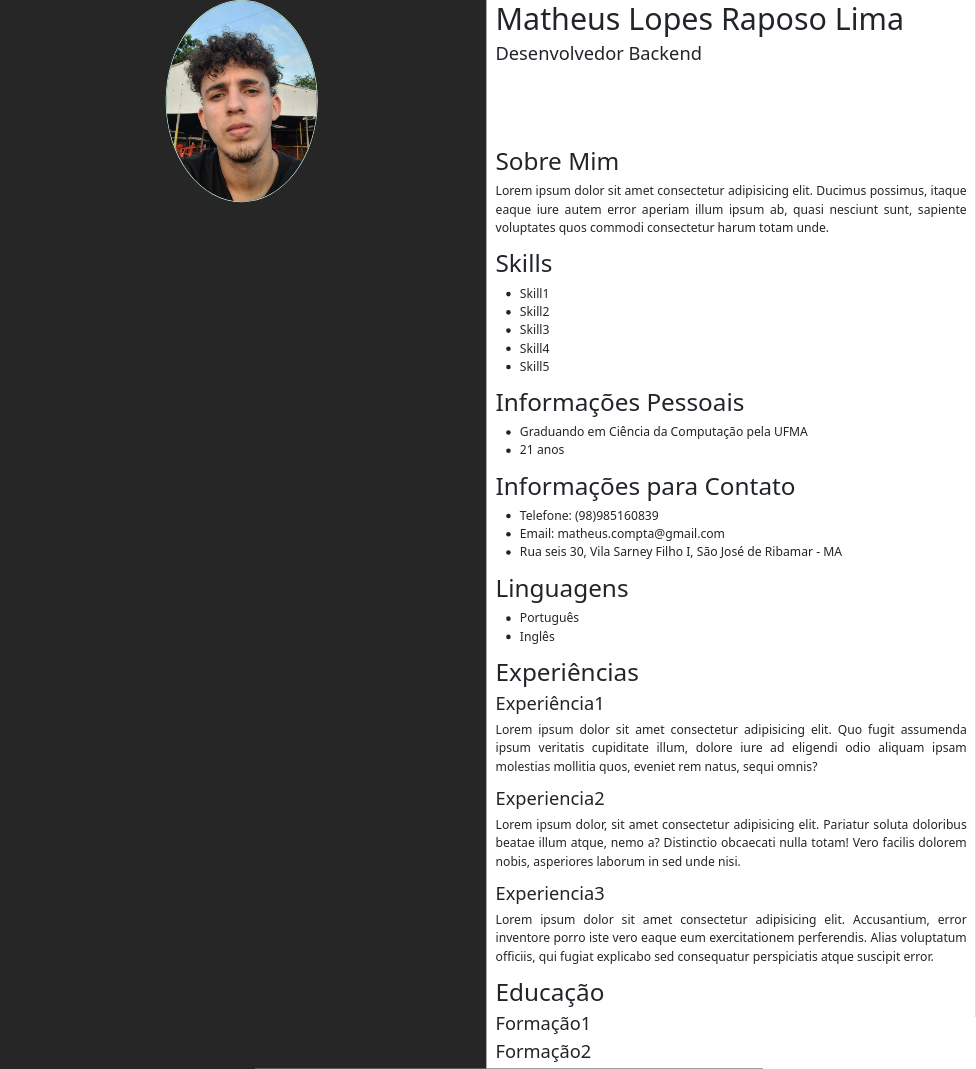
Repository: MaatheusRaposo/Curriculo_Web
Page: index.html
The author's editor kept a copy of each file at every save. The page is drawn from the files as they stood at one save, then again after the next save.
The browser window is 1280 px wide. The page is 1284 px wide, so the pictures cover 1284 px, including what lies to the right of the window. The pictures show the whole page, at 76% of full size.

Above is the page before, as saved 2026-05-28 00:37:35.

### index.html
<!DOCTYPE html>
<html lang="en">
<head>
    <meta charset="UTF-8">
    <meta name="viewport" content="width=device-width, initial-scale=1.0">
    <title>Curriculo Matheus Raposo</title>
    <link href="https://cdn.jsdelivr.net/npm/bootstrap@5.3.8/dist/css/bootstrap.min.css" rel="stylesheet" integrity="sha384-sRIl4kxILFvY47J16cr9ZwB07vP4J8+LH7qKQnuqkuIAvNWLzeN8tE5YBujZqJLB" crossorigin="anonymous">
    <link rel="stylesheet" href="assets/css/style.css">
</head>
<body>
    <div class="container-fluid px-2">
        <div class="row align-items-stretch min-vh-100">
            <div class="col text-light d-flex flex-column" id="coluna-esquerda">
                <div class="d-flex justify-content-center align-items-center">
                    <img class="foto-perfil position-relative mb-3" src="assets/images/20230725_175129.jpg" alt="">
                </div>
            </div>
            <div class="col d-flex flex-column" id="coluna-direita">
                <section>
                    <h1>Matheus Lopes Raposo Lima</h1>
                    <h4>Desenvolvedor Backend</h4>
                </section>
                <div class="d-flex justify-content-center flex-column mt-3 espacamento-classes">
                    <section>
                        <h2>Sobre Mim</h2>
                        <p>Lorem ipsum dolor sit amet consectetur adipisicing elit. Ducimus possimus, itaque eaque iure autem error aperiam illum ipsum ab, quasi nesciunt sunt, sapiente voluptates quos commodi consectetur harum totam unde.</p>
                    </section>
                    <section>
                        <h2>Skills</h2>
                        <ul>
                            <li>Skill1</li>
                            <li>Skill2</li>
                            <li>Skill3</li>
                            <li>Skill4</li>
                            <li>Skill5</li>
                        </ul>
                    </section>
                    <section>
                        <h2>Informações Pessoais</h2>
                        <ul>
                            <li>Graduando em Ciência da Computação pela UFMA</li>
                            <li>21 anos</li>
                        </ul>
                    </section>
                    <section>
                        <h2>Informações para Contato</h2>
                        <ul>
                            <li>Telefone: (98)985160839</li>
                            <li>Email: matheus.compta@gmail.com</li>
                            <li>Rua seis 30, Vila Sarney Filho I, São José de Ribamar - MA</li>
                        </ul>
                    </section>
                    <section>
                        <h2>Linguagens</h2>
                        <ul>
                            <li>Português</li>
                            <li>Inglês</li>
                        </ul>
                    </section>
                    <section>
                        <h2>Experiências</h2>
                        <section>
                            <h4>Experiência1</h4>
                            <p>Lorem ipsum dolor sit amet consectetur adipisicing elit. Quo fugit assumenda ipsum veritatis cupiditate illum, dolore iure ad eligendi odio aliquam ipsam molestias mollitia quos, eveniet rem natus, sequi omnis?</p>
                        </section>
                        <section>
                            <h4>Experiencia2</h4>
                            <p>Lorem ipsum dolor, sit amet consectetur adipisicing elit. Pariatur soluta doloribus beatae illum atque, nemo a? Distinctio obcaecati nulla totam! Vero facilis dolorem nobis, asperiores laborum in sed unde nisi.</p>
                        </section>
                        <section>
                            <h4>Experiencia3</h4>
                            <p>Lorem ipsum dolor sit amet consectetur adipisicing elit. Accusantium, error inventore porro iste vero eaque eum exercitationem perferendis. Alias voluptatum officiis, qui fugiat explicabo sed consequatur perspiciatis atque suscipit error.</p>
                        </section>
                    </section>
                    <section>
                        <h2>Educação</h2>
                        <section>
                            <h4>Formação1</h4>
                        </section>
                        <section>
                            <h4>Formação2</h4>
                        </section>
                    </section>
                </div>
            </div>
        </div>
    </div>

    <script src="https://cdn.jsdelivr.net/npm/bootstrap@5.3.8/dist/js/bootstrap.bundle.min.js" integrity="sha384-FKyoEForCGlyvwx9Hj09JcYn3nv7wiPVlz7YYwJrWVcXK/BmnVDxM+D2scQbITxI" crossorigin="anonymous"></script>
    <script src="app.js"></script>
    <noscript>Voce precisa tivar o JavaScript para ver o curriculo perfeitamente</noscript>
</body>
</html>

### assets/css/style.css
.foto-perfil {
    max-width: 200px;
    border: 1px solid #CEFFE4;
    border-radius: 100%;
}

#coluna-esquerda {
    background-color: #262626;
}

@media screen and (min-width: 768px) {
    .espacamento-classes {
        margin-top: 100px !important;
    }
}

.espacamento-classes {
    text-align: justify;
}

Loaded but not shown: app.js (no stored copy; drawn as an empty file)

After the next save:
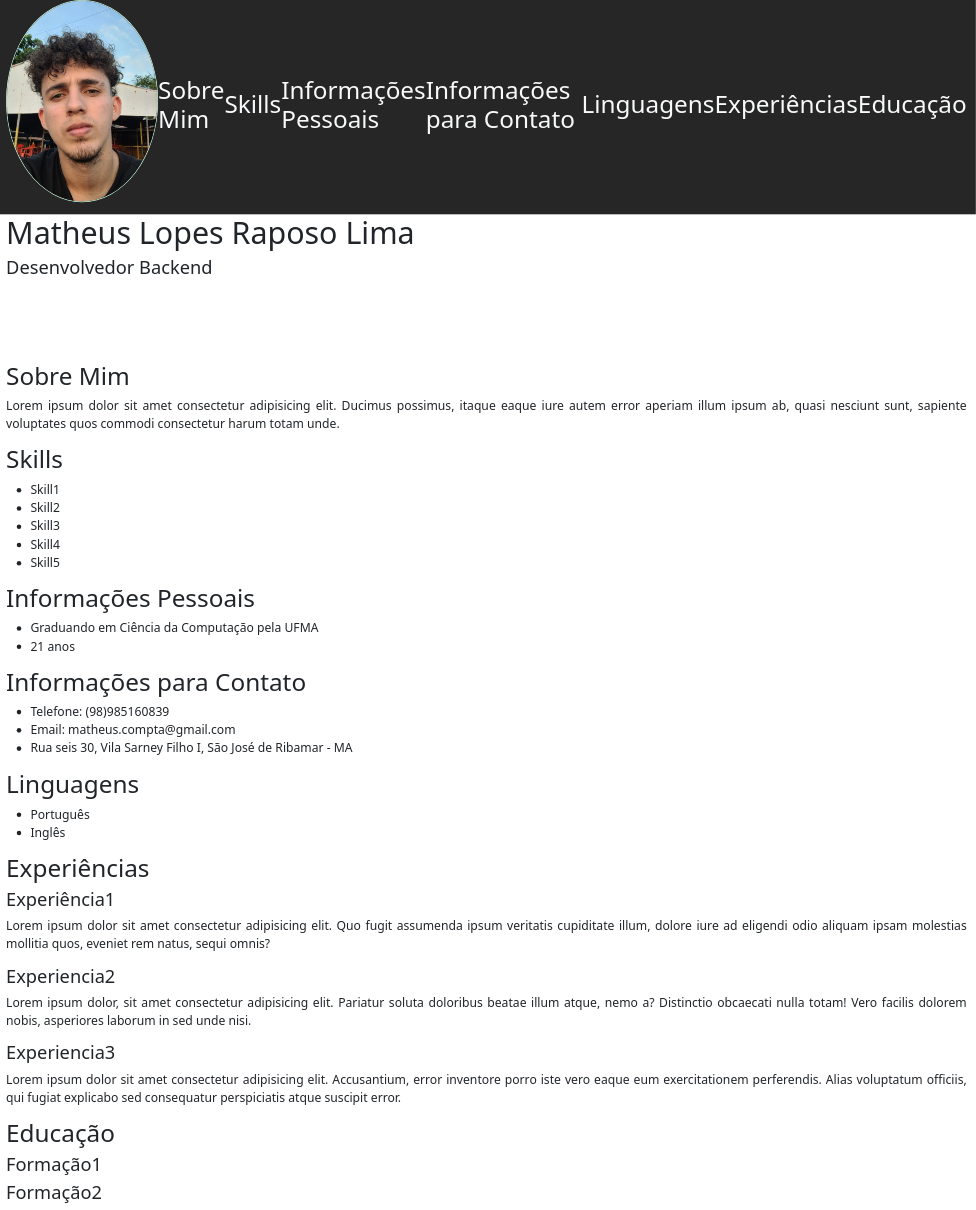
Saved 2 min 17 s later.
--- a/index.html
+++ b/index.html
@@ -13,6 +13,13 @@
             <div class="col text-light d-flex flex-column" id="coluna-esquerda">
                 <div class="d-flex justify-content-center align-items-center">
                     <img class="foto-perfil position-relative mb-3" src="assets/images/20230725_175129.jpg" alt="">
+                    <h2>Sobre Mim</h2>
+                    <h2>Skills</h2>
+                    <h2>Informações Pessoais</h2>
+                    <h2>Informações para Contato</h2>
+                    <h2>Linguagens</h2>
+                    <h2>Experiências</h2>
+                    <h2>Educação</h2>
                 </div>
             </div>
             <div class="col d-flex flex-column" id="coluna-direita">
